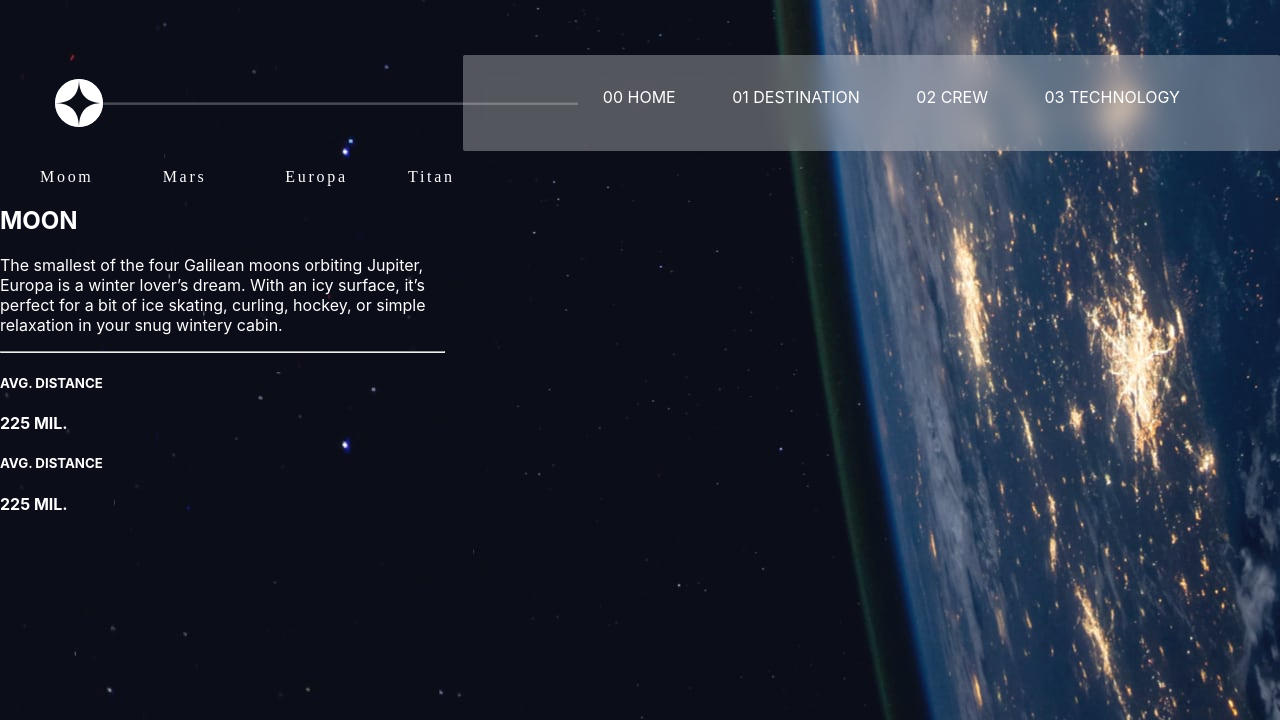
Repository: jhonenmanuel1/FrontEndMentor-MultiPageSpace
Page: /
The author's editor kept a copy of each file at every save. The page is drawn from the files as they stood at one save, then again after the next save.
The browser window is 1280 px wide. The pictures show the whole page.
The project was rebuilt for these pictures with package versions that can differ from the ones it lists, and the page was loaded fresh each time. Also part of the build but not shown: src/views/home.js.

Above is the page before, as saved 2022-06-23 22:55:44.

### src/App.js

import HeaderView from './components/header';
import Destination from './views/destination';
import HomeView from './views/home';


function App() {
  return (
    <div className="App">
      <HeaderView/>
      <Destination/>


    </div>
  );
}

export default App;

### src/components/header.js
import styles from "../styles/header.module.css"

const HeaderView = ()=>{

    return(
        <div className={styles.wraper}>
            <div className={styles.headerLogo}>
            <svg xmlns="http://www.w3.org/2000/svg" width="48" height="48"><g fill="none" fill-rule="evenodd"><circle cx="24" cy="24" r="24" fill="#FFF"/><path fill="#0B0D17" d="M24 0c0 16-8 24-24 24 15.718.114 23.718 8.114 24 24 0-16 8-24 24-24-16 0-24-8-24-24z"/></g></svg>
            </div>
            <div className={styles.headerLine}>
                <hr />
            </div>
            <div className={styles.headerMenu}>
                 <ul>
                    <li> 00 HOME</li>
                    <li> 01 DESTINATION </li>
                    <li> 02 CREW </li>
                    <li className={styles.lastList}> 03 TECHNOLOGY</li>

                </ul>
            </div>

        </div>
    )
}
export default HeaderView;

### src/views/destination.js
import PlanetCardInfo from "../atoms/PlanetCardInfo";

export default function Destination() {
  return (
    <>
      <div className="destinationContainer">
        <div className="planetCard">
          <div className="titlePlanet"></div>
          <div className="planetCardImage"></div>
        </div>
        <div>
            <PlanetCardInfo/>
        </div>
      </div>
    </>
  );
}

### src/styles/header.module.css
.wraper {
    margin-top: 55px;
    display: flex;
    justify-content: space-between;


    background-position: center center;
    background-repeat: no-repeat;
    background-size: cover


}
.headerLogo{
    display: flex;
    justify-content: center;
    align-items: center;


}
.headerLogo svg {
    background-color: aliceblue;
    border-radius: 100%;
    height: 48px;
    width: 48px;
    margin-left: 55px;
}

.headerMenu{
    background-color: rgba(255, 255, 255, 0.3);
    border-radius: 2px;
    text-align: center;
    backdrop-filter: blur(12px);
    -webkit-backdrop-filter: blur(10px);
    width: 830px;
    height: 96px;



}

.headerMenu ul {
    display: flex;
    justify-content:  space-between;
    align-items: center;
    padding-right: 100px;
    margin-left: 100px;
    margin-top: 32px;
    color: white;


}
.headerMenu ul li {
    text-decoration: none;
    list-style: none;

}

.headerLogo{
    color: white;

}
.headerLine {
    display: flex;
    justify-content: center;
    align-items: center;
    margin-right: -9%;
    z-index: 1;

}
.headerLine hr {
    height: 1px;
    background-color: white;
    color: white;
    width: 473px;
    opacity:  25.15%;

}

### src/atoms/PlanetCardInfo.js
import styles from  '../styles/planetcardinfo.module.css'
export default function PlanetCardInfo() {
  return (
    <section section className={styles.planetCardInfoContainer}>
      <div >
        <div className={styles.planetCardHeader}>
          <ul>
            <li>Moom</li>
            <li>Mars</li>
            <li>Europa</li>
            <li>Titan</li>
          </ul>
        </div>
        <div className="planetCardTitle">
          <h1> MOON</h1>
        </div>
        <p>
          The smallest of the four Galilean moons orbiting Jupiter, Europa is a
          winter lover’s dream. With an icy surface, it’s perfect for a bit of
          ice skating, curling, hockey, or simple relaxation in your snug
          wintery cabin.
        </p>
        <hr></hr>
        <div className="planetCardFooter">
          <div>
            <div className="Mini Targets"></div>
          </div>
          <h5>AVG. DISTANCE</h5>
          <h4>225 MIL.</h4>
        </div>
        <div className="planetCardFooter">
          <div>
            <div className="Mini Targets"></div>
          </div>
          <h5>AVG. DISTANCE</h5>
          <h4>225 MIL.</h4>
        </div>
      </div>
    </section>
  );
}

### src/styles/homeview.module.css
body{
    color: white;
    background-image: url("../components/Images/home/background-home-desktop.jpg") ;
}
.containerCard{
    display: flex;
    margin-top: 257px;
    justify-content: center;
    align-items: center;
}
.spaceinfo{
    padding-right: 325px;
}
.homeSpaceTarget{
    max-width: 461.76px;
    display: flex;
    justify-content: center;
    align-items: center;
    margin: 0px;

}

.homeSpaceTargeth3 {
    font-weight: 1;
    font-size: 34px;
    margin: 0px;
}
.homeSpaceTargeth1{

    font-family: 'Bellefair';
    font-style: normal;
    font-weight: 400;
    font-size: 128px;
    line-height: 147px;
    margin: 0px;
}
.homeSpaceTargetp{
    font-size: 18px;
}
.explore{

    margin-bottom: -70px;
}

### src/styles/planetcardinfo.module.css
.planetCardInfoContainer {
  display: flex;
  align-items: center;
  justify-content: center;
  max-width: 445px;
}
.planetCardHeader {
}

.planetCardHeader ul {
  display: flex;
  justify-content: space-between;
}
.planetCardHeader ul li {
text-decoration: none;
list-style: none;

  font-family: "Barlow Condensed";
  font-style: normal;
  font-weight: 400;
  font-size: 16px;
  line-height: 19px;
  letter-spacing: 2.7px;
  width: 37px;
}

Loaded but not shown: public/index.html (common file); src/index.js (common file); src/index.css (common file); src/reportWebVitals.js (common file)

After the next save:
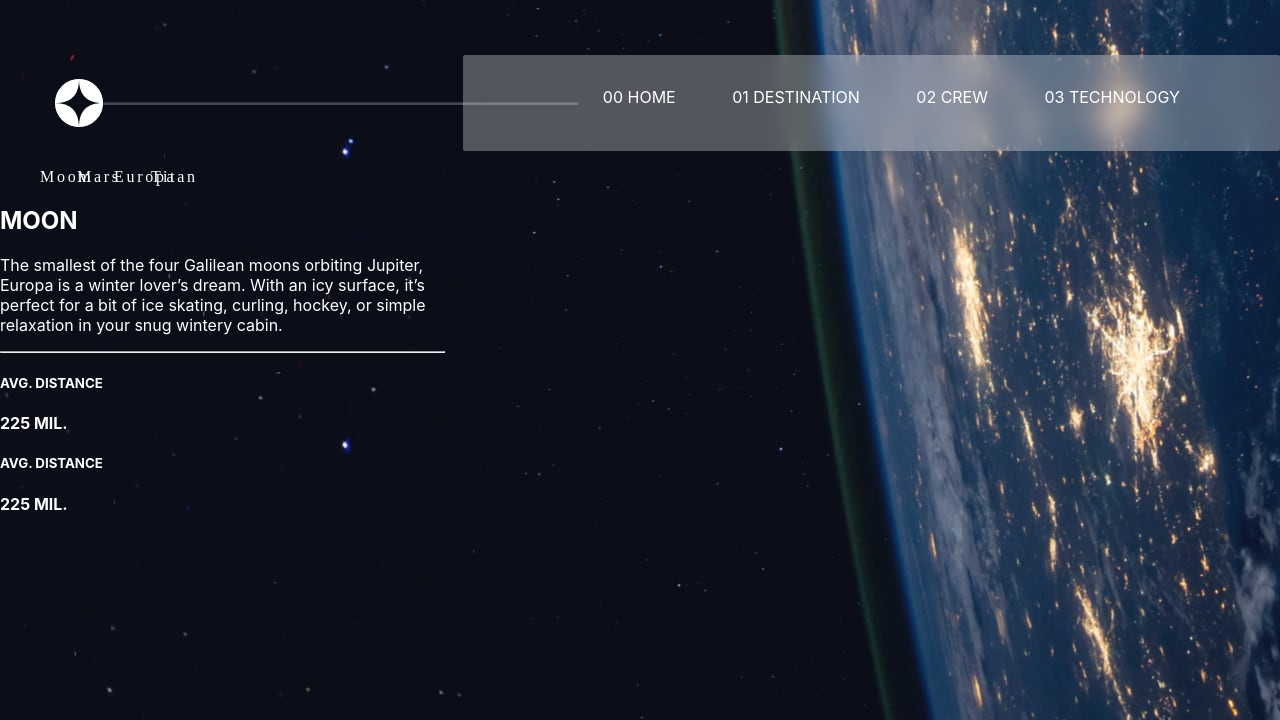
Saved 15 s later.
--- a/src/styles/planetcardinfo.module.css
+++ b/src/styles/planetcardinfo.module.css
@@ -9,7 +9,7 @@
 
 .planetCardHeader ul {
   display: flex;
-  justify-content: space-between;
+
 }
 .planetCardHeader ul li {
 text-decoration: none;

After the save that followed:
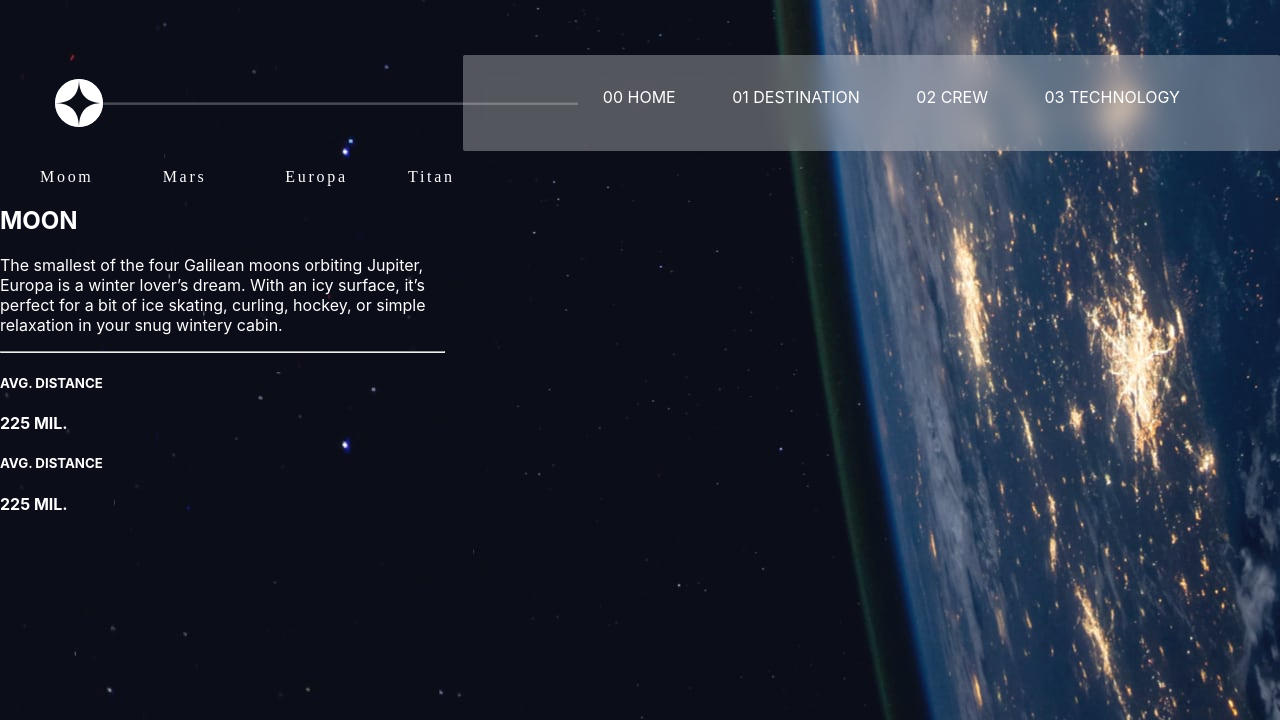
Saved 36 s later.
--- a/src/styles/planetcardinfo.module.css
+++ b/src/styles/planetcardinfo.module.css
@@ -9,7 +9,7 @@
 
 .planetCardHeader ul {
   display: flex;
-
+  justify-content: space-between;
 }
 .planetCardHeader ul li {
 text-decoration: none;
